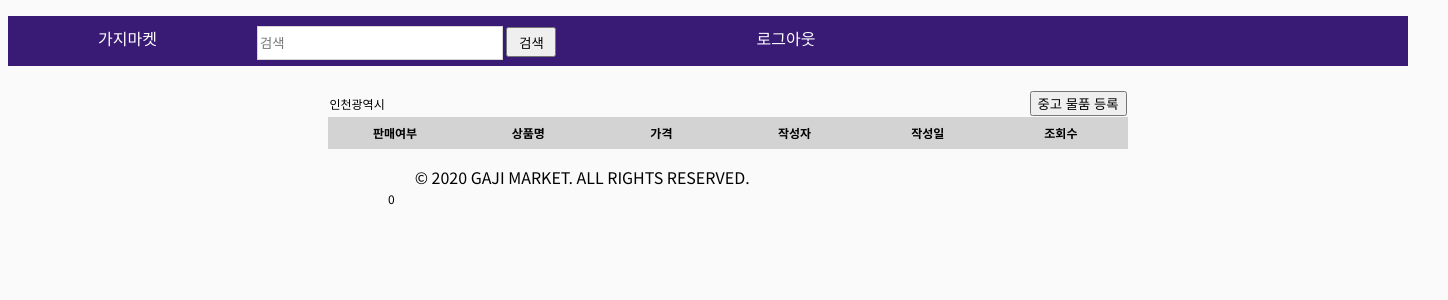
Repository: dblee0128/gajimarket
Page: http://localhost/GajiMarket/WEB-INF/views/board/get.jsp
An editor plug-in stored every save of this project. The page is shown before and after the next save, followed by the edit.
The browser window is 1280 px wide. The page is 1448 px wide, so the pictures cover 1448 px, including what lies to the right of the window. The pictures show the whole page.
The page is served by Tomcat 9. Nobody is signed in. Other server files are loaded and not shown. The template is opened directly, without the code that normally fills it, so the values that code supplies are empty.

Above is the page before, as saved 2020-10-31 05:30:31.

### GajiMarket/src/main/webapp/WEB-INF/views/board/get.jsp
<%@ page language="java" contentType="text/html; charset=UTF-8"
	pageEncoding="UTF-8"%>
<%@ taglib uri="http://java.sun.com/jsp/jstl/core" prefix="c"%>
<%@ taglib uri="http://www.springframework.org/tags/form" prefix="form"%>
<!DOCTYPE html>
<html>
<head>
<meta charset="UTF-8">
<title>가지마켓</title>
<link href="<c:url value="/resources/css/board.css"/>" rel="stylesheet">
<link href="https://fonts.googleapis.com/css2?family=Noto+Sans+KR:wght@500&display=swap" rel="stylesheet">
</head>
<body>
<%@ include file="../includes/header.jsp"%>
<div id="container">
	<div id="wrap">
		<table id="board_tb">
			<tr>
				<td colspan="3" align="left">
					인천광역시 ${member.address.addressname}
				</td>
				<td colspan="3" align="right">
					<a href="/board/register"><button style="text-align: right;">중고 물품 등록</button></a>
				</td>
			</tr>
			<tr>
				<th>판매여부</th><th>상품명</th><th>가격</th><th>작성자</th><th>작성일</th><th>조회수</th>
			</tr>
			<tr>
			<c:forEach var="board" items="${board}">
			<tr>
				<td class="small">${board.sell}</td>
				<td class="large">
					<a href="board/${board.boardnum}
							?pageNum=<c:out value="${pageMaker.cri.pageNum}"/>
							&amount=<c:out value="${pageMaker.cri.amount}"/>" id="link">
							<c:out value="${board.title}"/></a>
				</td>
				<td class="medium">${board.price}</td>
				<td class="small">${board.member.nickname}</td>
				<td class="small">${board.regdate}</td>
				<td class="small">${board.readcnt}</td>
				<td>${board.boardnum}</td>
			</tr>
			</c:forEach>
		</table>

		<!-- 페이징 -->
		<div id="pagingArea">
			<ul>
				<c:if test="${pageMaker.prev}">
					<li><a href="/board?pageNum=${pageMaker.startPage - 1}" id="link">이전</a></li>
				</c:if>

				<c:forEach var="num" begin="${pageMaker.startPage}" end="${pageMaker.endPage}">
					<li><a href="/board?pageNum=${num}" id="link">${num}</a></li>
				</c:forEach>

				<c:if test="${pageMaker.next}">
					<li><a href="/board?pageNum=${pageMaker.endPage + 1}" id="link">다음</a></li>
				</c:if>
			</ul>
		</div>
		<!-- /board라는 요청이 들어올 때, pageNum, amount 값을 보내준다 -->
		<form action="/board" method="get">
			<input type="hidden" name="pageNum" value="${pageMaker.cri.pageNum}">
			<input type="hidden" name="amount" value="${pageMaker.cri.amount}">
		</form>
	</div>
</div>
<%@ include file="../includes/footer.jsp"%>
</body>
</html>

### GajiMarket/src/main/webapp/WEB-INF/views/includes/header.jsp
<%@ page language="java" contentType="text/html; charset=UTF-8"
    pageEncoding="UTF-8"%>
<link href="<c:url value="/resources/css/includes.css"/>" rel="stylesheet">
<style>
.search {
	width: 240px;
	height: 30px;
	color: black;
	border-color: #d6d6d6;
	border-style: solid;
	border-width: 1px;
	margin: 0 0 15px 0;
}

.searchBtn {
	width: 50px;
	height: 30px;
	margin: 0 0 15px 0;
}
</style>
<div id="menuArea">
	<ul id="menu">
		<li class="menu"><a href="/" id="top">가지마켓</a></li> <!-- 회원: /board(게시판 메인 페이지로 이동), 비회원: /(로그인 페이지로 이동) -->
		<li class="menu"><input type="text" placeholder="검색" class="search">
			<input type="submit" value="검색" class="searchBtn"></li>
		<li class="menu"><a href="/myInfo" id="top">${nickname}</a></li> <!-- 내 정보 메인 페이지로 이동 -->
		<li class="menu"><a href="/logout" id="top">로그아웃</a></li> <!-- 로그아웃 실행 -->
	</ul>
</div>
<br>

### GajiMarket/src/main/webapp/WEB-INF/views/includes/footer.jsp
<%@ page language="java" contentType="text/html; charset=UTF-8"
	pageEncoding="UTF-8"%>
<link href="<c:url value="/resources/css/board.css"/>" rel="stylesheet">

<footer class="footerArea">
	© 2020 GAJI MARKET. ALL RIGHTS RESERVED.
</footer>
<br><br>

### GajiMarket/src/main/webapp/resources/css/board.css
@charset "UTF-8";

body {
	background-color: #fafafa;
	font-family: 'Noto Sans KR', sans-serif;
}

#wrap {
	width: 800px;
	margin: 0 auto;
	border-color: #d3d3d3;
	border-width: 1px;
}

#board_tb {
	width: 100%;
	border-collapse: collapse;
	line-height: 20px;
	font-size: 12px;
	text-align: center;
}

#board_tb tr th {
	border: #d3d3d3 solid 1px;
	padding: 5px;
}

#board_tb th {
	background: #d3d3d3;
	width: 120px;
}

#error {
	color: #391a75;
	padding: 5px;
	font-size: 12px;
}

.large {
	width: 200px;
}

.medium {
	width: 200px;
}

.small {
	width: 100px;
}

#link {
	color: black;
	font-size: 12px;
	text-decoration: none;
}

ul {
	color: black;
	list-style-type: none;
}

li {
	list-style: none;
	float: left;
	padding: 20px;
}

### GajiMarket/src/main/webapp/resources/css/includes.css
@charset "UTF-8";

body {
	width: 1440px;
	background-color: #fafafa;
	font-family: 'Noto Sans KR', sans-serif;
}

#header {
	width: 100%;
	height: 50px;
	background-color: white;
	border-color: gray;
	border-spacing: 1px;
}

#headerArea {
	float: left;
	width: 33%;
	height: 100%;
}



#footerArea {
	width: 1400px;
	float: right;
}

.logo {
	font-size: 20px;
}

.user {
	float: right;
}

#headerArea.input {
	height: 20px;
}


#menuArea {
	background-color: #391a75;
	height: 50px;
	width: 1400px;
}

#menu {
	color: white;
	list-style-type: none;
}

.menu {
	list-style: none;
	float: left;
	padding: 10px 50px 10px 50px;
}

#top {
	color: white;
	text-decoration: none;
}

#topA {
	color: white;
	text-decoration: none;
	font-size: 20px;
}

.search {
	width: 240px;
	height: 30px;
	color: black;
	border-color: #d6d6d6;
	border-style: solid;
	border-width: 1px;
}

After the next save:
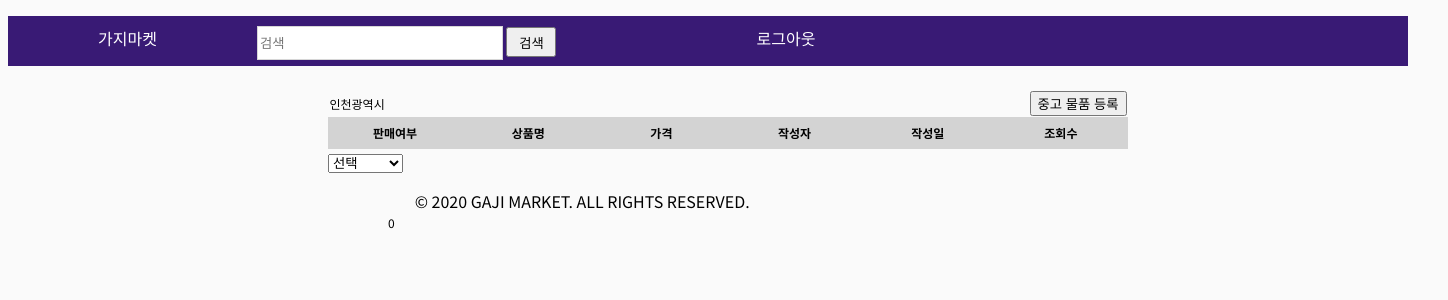
Saved 46 min 46 s later.
--- a/GajiMarket/src/main/webapp/WEB-INF/views/board/get.jsp
+++ b/GajiMarket/src/main/webapp/WEB-INF/views/board/get.jsp
@@ -45,6 +45,21 @@
 			</c:forEach>
 		</table>
 
+		<!-- 검색 -->
+		<div id="searchArea">
+			<form action="board" method="get">
+				<select name="type">
+					<option value="">선택</option>
+					<option value="T">제목</option>
+					<option value="C">내용</option>
+					<option value="TC">제목/내용
+				</select>
+
+			</form>
+
+		</div>
+
+
 		<!-- 페이징 -->
 		<div id="pagingArea">
 			<ul>
